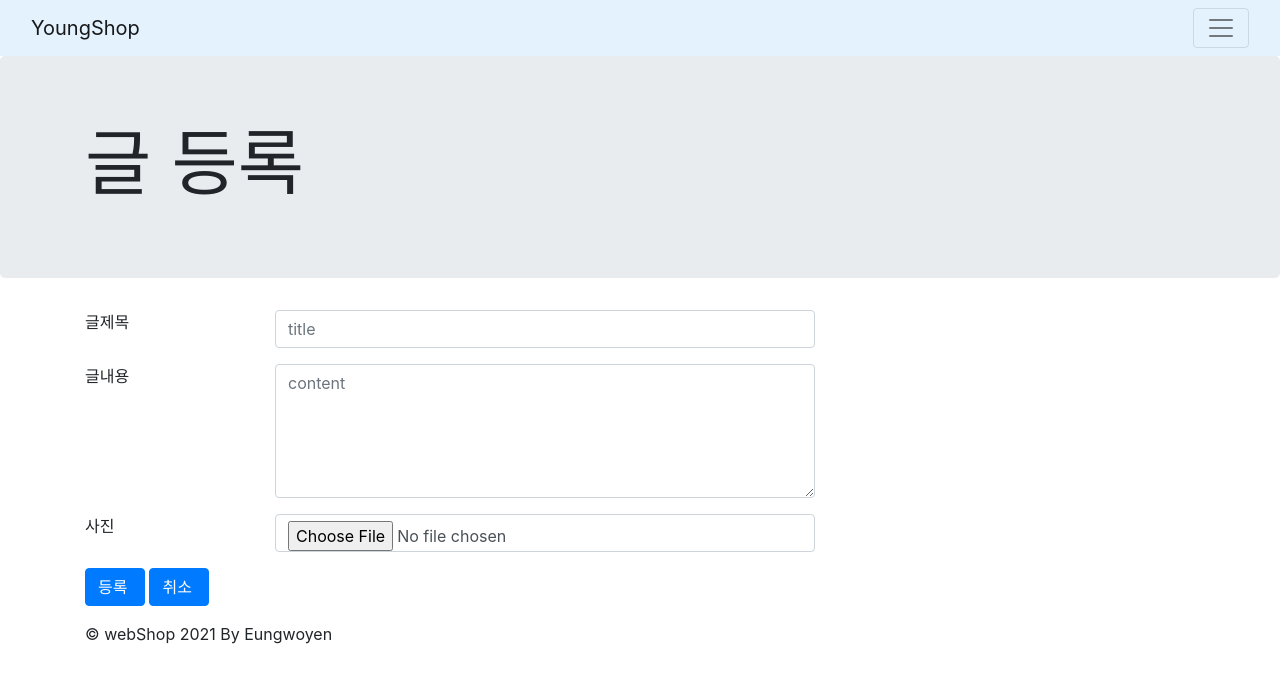
Repository: khss4008/JSP_project
Page: http://localhost/Webshop2/board/addBoard.jsp
The author's editor kept a copy of each file at every save. The page is drawn from the files as they stood at one save, then again after the next save.
The browser window is 1280 px wide. The pictures show the whole page.
The page is served by Tomcat 9.

Above is the page before, as saved 2021-11-05 06:22:22.
Console error: TypeError: Cannot read properties of undefined (reading 'fn')

After the next save:
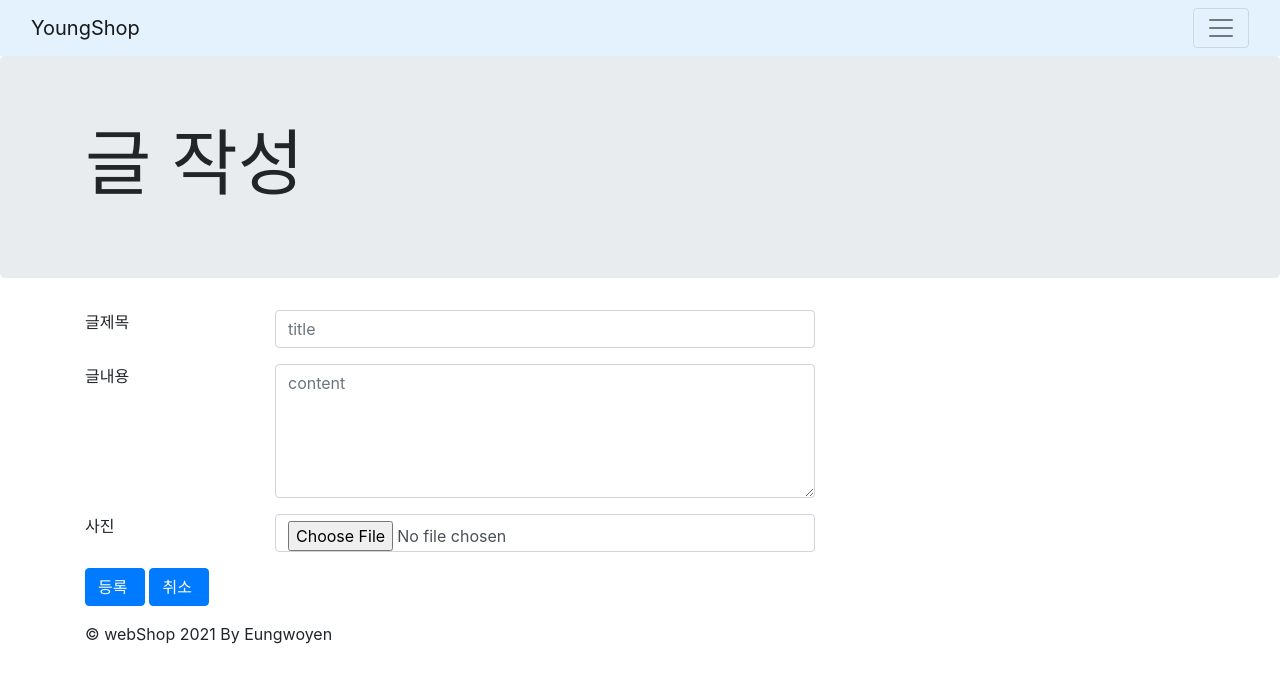
Saved 71 s later.
--- a/Webshop2/WebContent/board/addBoard.jsp
+++ b/Webshop2/WebContent/board/addBoard.jsp
@@ -10,7 +10,7 @@
    <jsp:include page="/header.jsp" />
    <div class="jumbotron">
       <div class="container">
-         <h1 class="display-3">글 등록</h1>
+         <h1 class="display-3">글 작성</h1>
       </div>
    </div>
 
